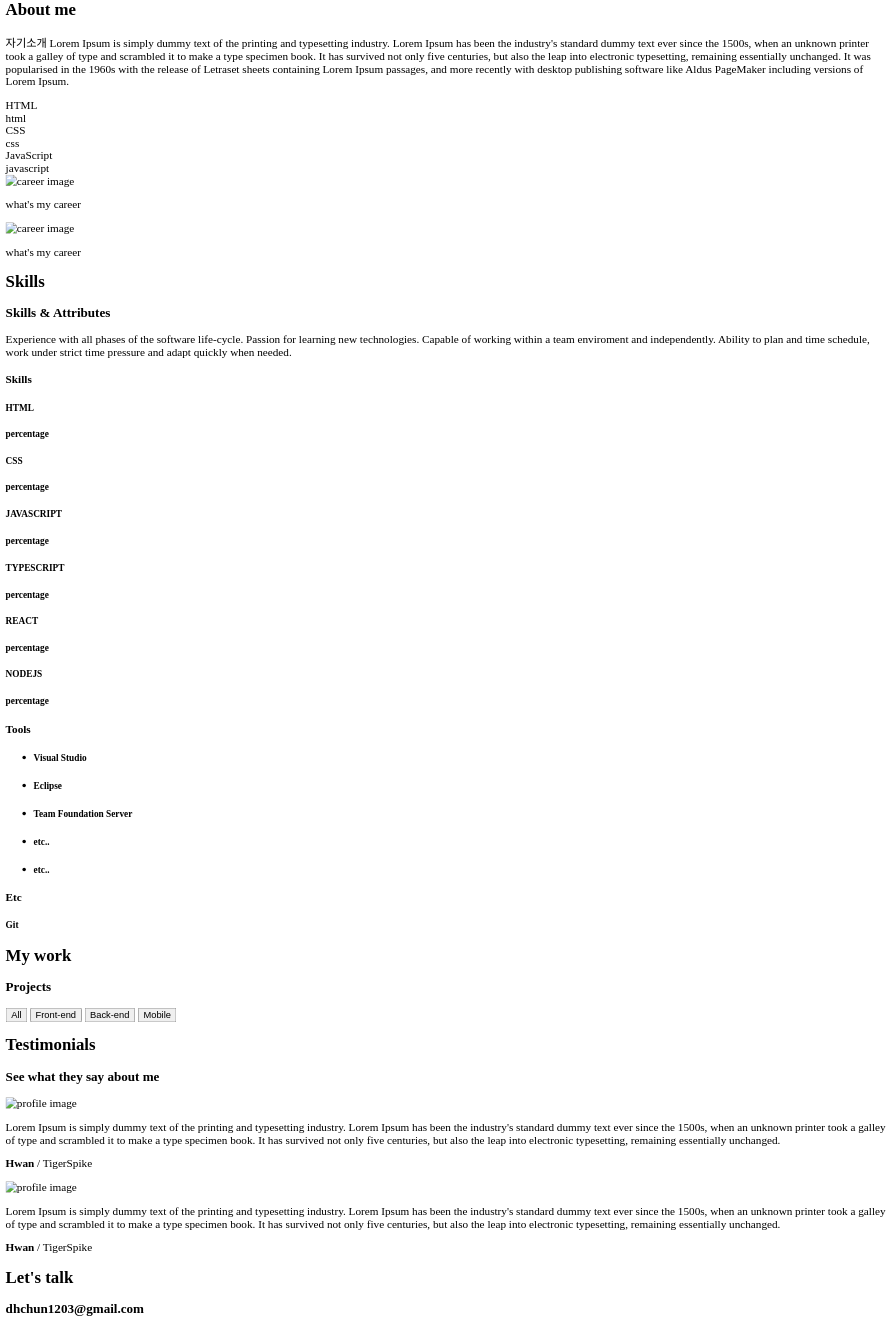
Repository: dhchun1203/Portfolio
Page: index.html
These files come from the project's save history. The page is drawn as it stood at one moment and after the next save; the edit follows.
The browser window is 1280 px wide. The pictures show the part of the page from y = 652 to 2552 px (the page is 2585 px tall before and 2603 px after), at 70% of full size.
A picture or video elsewhere on the page could not be fetched, so the positions and the page height are approximate. Some web libraries are served in a nearby version.

Above is the page before, as saved 2020-12-03 21:54:15.

### index.html
<!DOCTYPE html>
<html lang="en">
	<head>
		<meta charset="UTF-8" />
		<meta name="viewport" content="width=device-width, initial-scale=1.0" />
		<title>Hwan's Portfolio</title>
		<meta
			name="description"
			content="portfolio for world-renowned software engineer Hwan"
		/>
		<meta name="author" content="Hwan" />
		<link rel="icon" type="image/png" href="imgs/favicon.png" />
		<script
			src="https://kit.fontawesome.com/8b98a99811.js"
			crossorigin="anonymous"
		></script>
		<link rel="preconnect" href="https://fonts.gstatic.com" />
		<link
			href="https://fonts.googleapis.com/css2?family=Open+Sans:wght@400;600;700&display=swap"
			rel="stylesheet"
		/>
		<link rel="stylesheet" href="style.css" />
		<script src="main.js" defer></script>
	</head>
	<body>
		<!-- Navbar -->
		<nav id="navbar">
			<div class="navbar__logo">
				<i class="fab fa-diaspora"></i>
				<a href="#">Hwan</a>
			</div>
			<div class="navbar__menu">
				<ul class="navbar__menu">
					<li class="navbar__menu__item">Home</li>
					<li class="navbar__menu__item">About</li>
					<li class="navbar__menu__item">Skills</li>
					<li class="navbar__menu__item">My work</li>
					<li class="navbar__menu__item">Testimonial</li>
					<li class="navbar__menu__item">Contact</li>
				</ul>
			</div>
		</nav>
		<!-- Home -->
		<section id="home">
			<img class="home__avatar" src="imgs/profile.jpg" alt="profile" />

			<h1 class="home__title">Hello, <br />Let me introduce myself!</h1>

			<h2 class="home__description">
				A frontend Developer currently residing in Yongin, South Korea.
			</h2>
			<button class="home__contact">CONTACT ME</button>
		</section>
		<!-- About -->
		<!-- modify BEM naming -->
		<section id="about">
			<h1>About me</h1>
			<p>
				자기소개 Lorem Ipsum is simply dummy text of the printing and
				typesetting industry. Lorem Ipsum has been the industry's standard dummy
				text ever since the 1500s, when an unknown printer took a galley of type
				and scrambled it to make a type specimen book. It has survived not only
				five centuries, but also the leap into electronic typesetting, remaining
				essentially unchanged. It was popularised in the 1960s with the release
				of Letraset sheets containing Lorem Ipsum passages, and more recently
				with desktop publishing software like Aldus PageMaker including versions
				of Lorem Ipsum.
			</p>
			<div class="about__majors">
				<div class="major">
					<div class="major__icon"></div>
					<div class="major__title">HTML</div>
					<div class="major__description">html</div>
				</div>
				<div class="major">
					<div class="major__icon"></div>
					<div class="major__title">CSS</div>
					<div class="major__description">css</div>
				</div>
				<div class="major">
					<div class="major__icon"></div>
					<div class="major__title">JavaScript</div>
					<div class="major__description">javascript</div>
				</div>
			</div>
			<!-- <div class="about__spec">
				<div class="about__spec__item">
					<img src="" alt="HtmlImage" />
					<h3>HTML</h3>
					<p>html</p>
				</div>
				<div class="about__spec__item">
					<img src="" alt="CssImage" />
					<h3>CSS</h3>
					<p>css</p>
				</div>
				<div class="about__spec__item">
					<img src="" alt="JavaScriptImage" />
					<h3>JavaScript</h3>
					<p>javascript</p>
				</div>
			</div> -->
			<div class="career">
				<div class="career__item">
					<img class="career__image" src="" alt="career image" />
					<p>what's my career</p>
				</div>
				<div class="career__item">
					<img class="career__image" src="" alt="career image" />
					<p>what's my career</p>
				</div>
			</div>
		</section>
		<!-- Skills -->
		<section id="skills">
			<h2 class="skills__title">Skills</h2>
			<h3 class="skills__subTitle">Skills & Attributes</h3>
			<p class="skills__description">
				Experience with all phases of the software life-cycle. Passion for
				learning new technologies. Capable of working within a team enviroment
				and independently. Ability to plan and time schedule, work under strict
				time pressure and adapt quickly when needed.
			</p>
			<div class="skills__summary">
				<div class="skills__summary__box">
					<h4 class="skills__summary__title">Skills</h4>
					<div class="skills__summary__content">
						<div class="skills__summary__skill">
							<div class="skill__header">
								<h5>HTML</h5>
								<h5>percentage</h5>
							</div>
							<div class="skill__percentageBar"></div>
						</div>
						<div class="skills__summary__skill">
							<div class="skill__header">
								<h5>CSS</h5>
								<h5>percentage</h5>
							</div>
							<div class="skill__percentageBar"></div>
						</div>
						<div class="skills__summary__skill">
							<div class="skill__header">
								<h5>JAVASCRIPT</h5>
								<h5>percentage</h5>
							</div>
							<div class="skill__percentageBar"></div>
						</div>
						<div class="skills__summary__skill">
							<div class="skill__header">
								<h5>TYPESCRIPT</h5>
								<h5>percentage</h5>
							</div>
							<div class="skill__percentageBar"></div>
						</div>
						<div class="skills__summary__skill">
							<div class="skill__header">
								<h5>REACT</h5>
								<h5>percentage</h5>
							</div>
							<div class="skill__percentageBar"></div>
						</div>
						<div class="skills__summary__skill">
							<div class="skill__header">
								<h5>NODEJS</h5>
								<h5>percentage</h5>
							</div>
							<div class="skill__percentageBar"></div>
						</div>
					</div>
				</div>
				<div class="skills__summary__secondBox">
					<div class="skills__summary__box">
						<h4 class="skills__summary__title">Tools</h4>
						<ul class="skills__summary__content">
							<li><h5>Visual Studio</h5></li>
							<li><h5>Eclipse</h5></li>
							<li><h5>Team Foundation Server</h5></li>
							<li><h5>etc..</h5></li>
							<li><h5>etc..</h5></li>
						</ul>
					</div>
					<div class="skills__summary__box">
						<h4 class="skills__summary__title">Etc</h4>
						<h5>Git</h5>
					</div>
				</div>
			</div>
		</section>
		<!-- My work -->
		<section id="myWork">
			<h2 class="myWork__title">My work</h2>
			<h3 class="myWork__subTitle">Projects</h3>
			<div class="myWork__menu">
				<button class="myWork__menu__btn">All</button>
				<button class="myWork__menu__btn">Front-end</button>
				<button class="myWork__menu__btn">Back-end</button>
				<button class="myWork__menu__btn">Mobile</button>
			</div>
			<div class="myWork__displayItems"></div>
		</section>
		<!-- Testimonial -->
		<section id="testimonial">
			<h2 class="testimonial__title">Testimonials</h2>
			<h3 class="testimonial__subTitle">See what they say about me</h3>
			<div class="testimonial__content">
				<div class="testimonial__content__item">
					<img src="" alt="profile image" class="testimonial__avatar" />
					<div class="testimonial__mention">
						<p>
							Lorem Ipsum is simply dummy text of the printing and typesetting
							industry. Lorem Ipsum has been the industry's standard dummy text
							ever since the 1500s, when an unknown printer took a galley of
							type and scrambled it to make a type specimen book. It has
							survived not only five centuries, but also the leap into
							electronic typesetting, remaining essentially unchanged.
						</p>
						<p><strong>Hwan</strong> / TigerSpike</p>
					</div>
				</div>
				<div class="testimonial__content__item">
					<img src="" alt="profile image" class="testimonial__avatar" />
					<div class="testimonial__mention">
						<p>
							Lorem Ipsum is simply dummy text of the printing and typesetting
							industry. Lorem Ipsum has been the industry's standard dummy text
							ever since the 1500s, when an unknown printer took a galley of
							type and scrambled it to make a type specimen book. It has
							survived not only five centuries, but also the leap into
							electronic typesetting, remaining essentially unchanged.
						</p>
						<p><strong>Hwan</strong> / TigerSpike</p>
					</div>
				</div>
			</div>
		</section>
		<!-- Contact -->
		<footer id="contact">
			<h2 class="contact__title">Let's talk</h2>
			<h3 class="contact__email">dhchun1203@gmail.com</h3>
			<div class="contact__socialMediaIcon">
				<i class=""></i>
				<i class=""></i>
			</div>
			<p class="contact__copyRight">
				2020 Dream Coding Hwan - All right reserved
			</p>
		</footer>
	</body>
</html>

### style.css
/* font-family: 'Open Sans', sans-serif; */

Loaded but not shown: main.js (no copy from this time; the picture is the same without it)

After the next save:
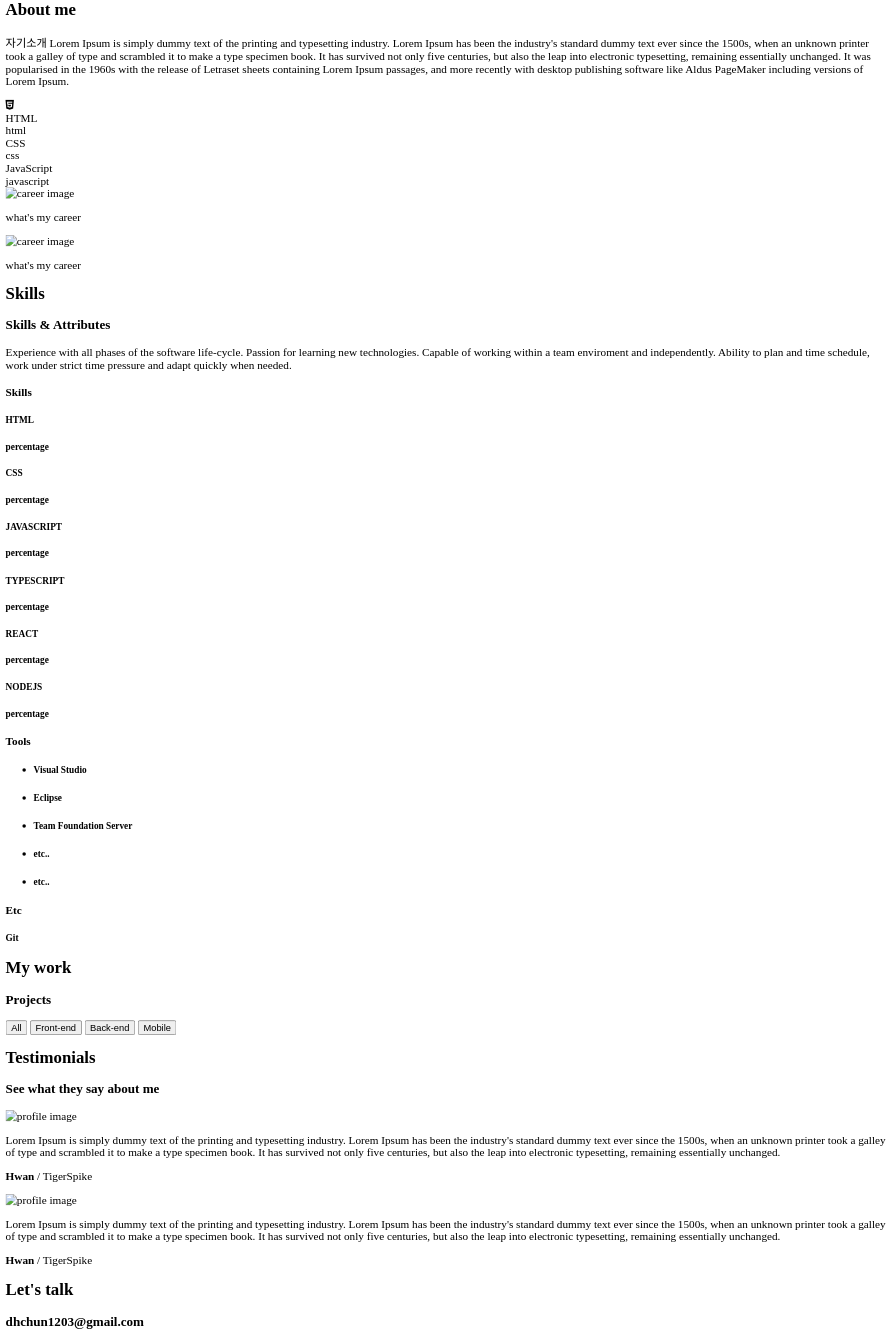
Saved 21 min 53 s later.
--- a/index.html
+++ b/index.html
@@ -68,7 +68,7 @@
 			</p>
 			<div class="about__majors">
 				<div class="major">
-					<div class="major__icon"></div>
+					<div class="major__icon"><i class="fab fa-html5"></i></div>
 					<div class="major__title">HTML</div>
 					<div class="major__description">html</div>
 				</div>
